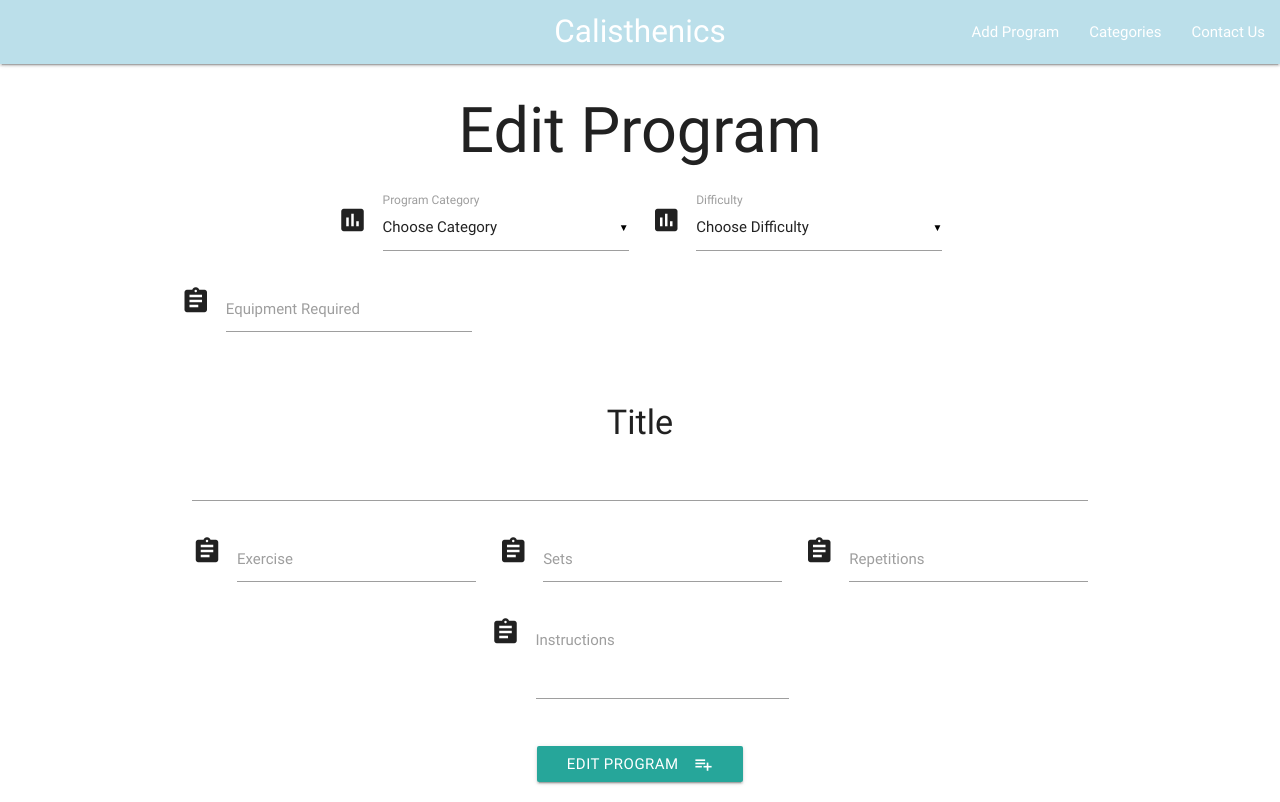
Repository: Ario124/calisthenics-project
Page: templates/edit_program.html
The author's editor kept a record of every edit. The page is drawn from the files as they stood at one moment, then again after the next edit.
The browser window is 1280 px wide. The pictures show the whole page.
The page is served by the project's application, run on Flask 3 (app.py). The template is opened directly, without the code that normally fills it, so the values that code supplies are empty.

Above is the page before.
Console error: TypeError: Cannot read properties of null (reading 'addEventListener')

After the next edit:
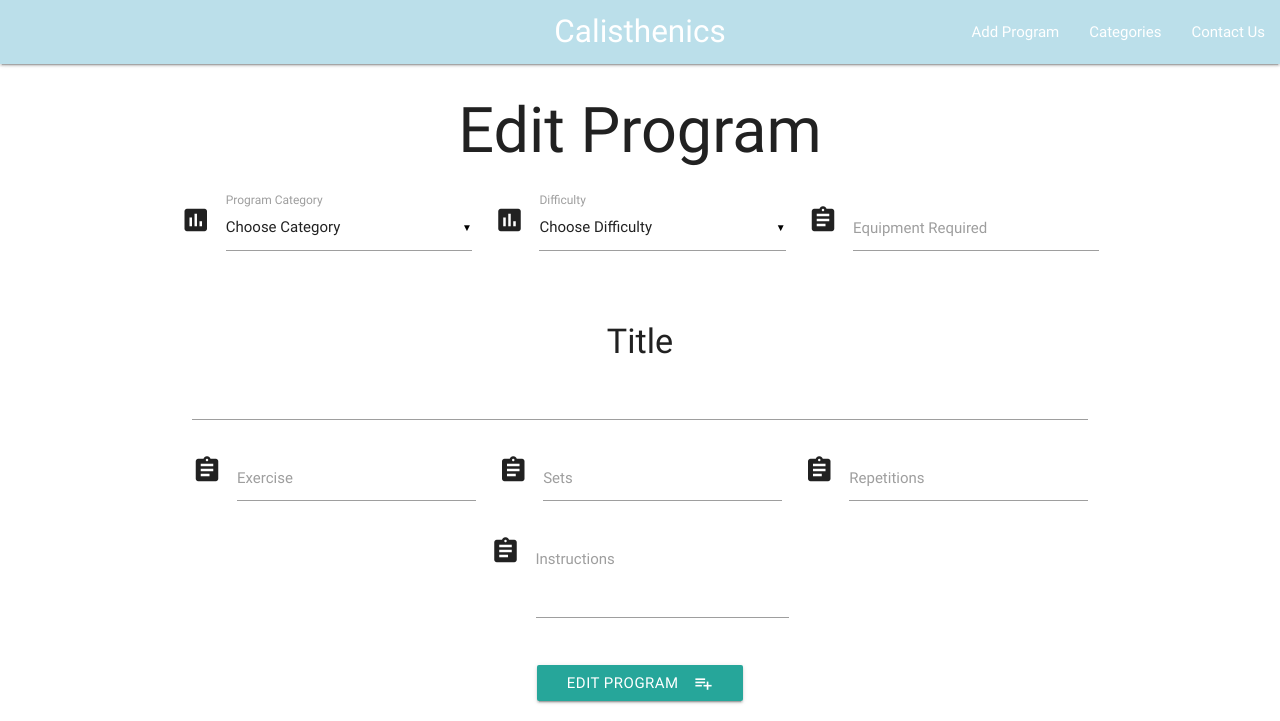
The edit:
--- a/templates/edit_program.html
+++ b/templates/edit_program.html
@@ -8,7 +8,7 @@
            <form action="{{url_for('edit_program', program_id=program._id)}}" method="POST" class="col s12">
                 <div class="row">
             <div class="row">
-                <div class="input-field col s4 offset-s2">
+                <div class="input-field col s4">
                     <i class="material-icons prefix">poll</i>
                     <select id="category" name="category_name">
                   <option value="" disabled selected>Choose Category</option>
